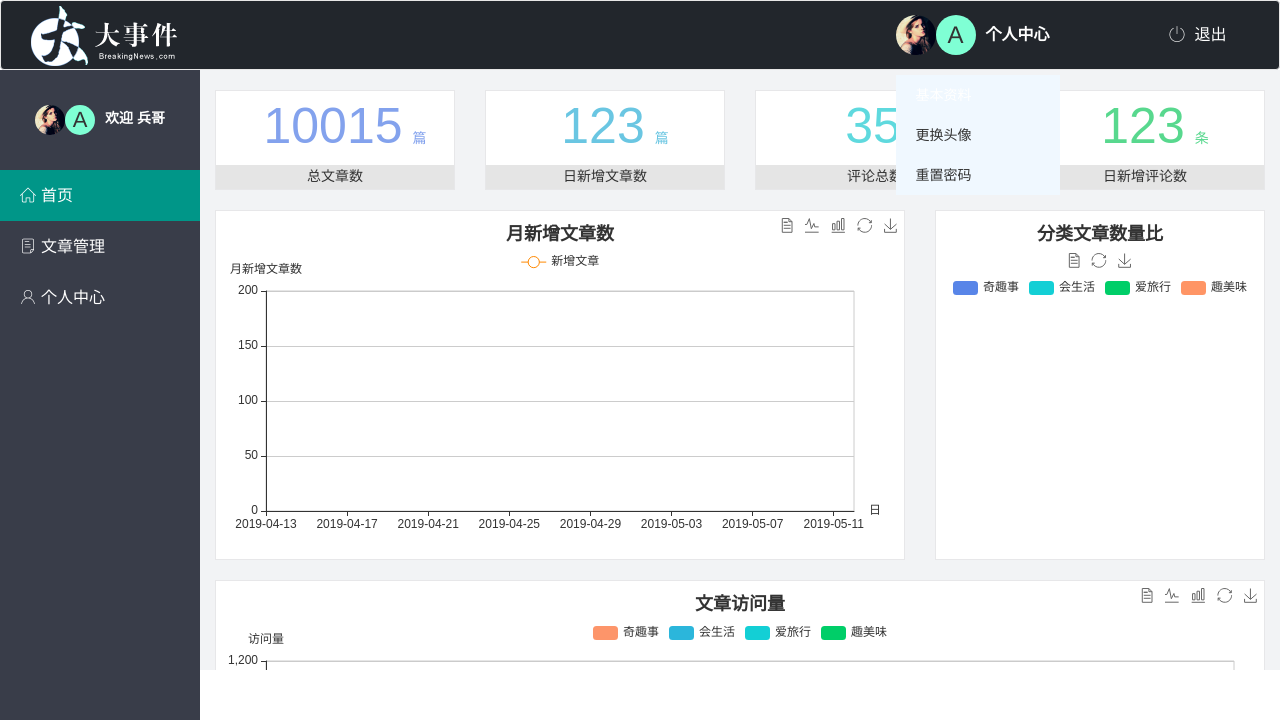
Repository: pursuit-YHP/project_dashijian
Page: index.html
These files come from the project's save history. The page is drawn as it stood at one moment and after the next save; the edit follows.
The browser window is 1280 px wide. The pictures show the whole page.
The style sheet was rebuilt from its Sass, Less or Tailwind sources for each picture, by a compiler version that may differ from the author's.

Above is the page before, as saved 2022-03-13 21:24:45.

After the next save:
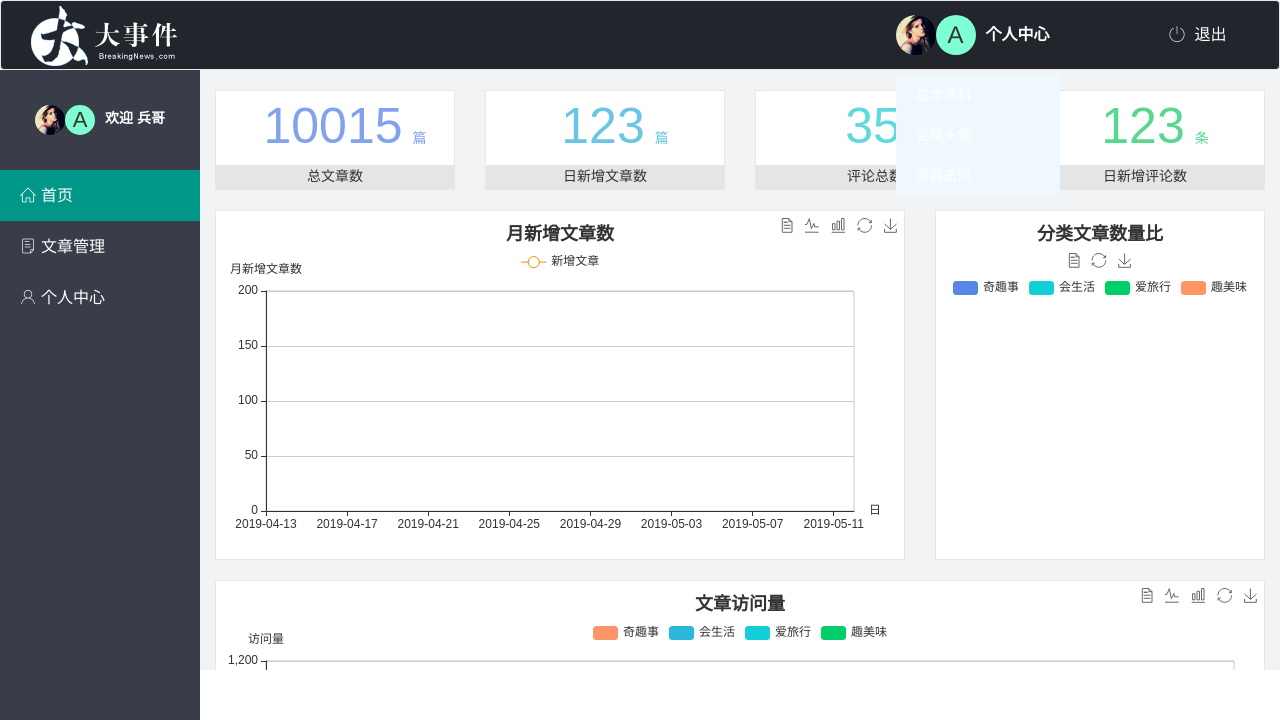
Saved 17 s later.
--- a/index.html
+++ b/index.html
@@ -24,8 +24,8 @@
                 <div class="tx_zoom">
                     <ul>
                         <li><a href="#">基本资料</a></li>
-                        <li>更换头像</li>
-                        <li>重置密码</li>
+                        <li><a href="#">更换头像</a></li>
+                        <li><a href="#">重置密码</a></li>
                     </ul>
                     <div class="touxiang"></div>
                     <span class="default_ava_myzoom">A</span>
